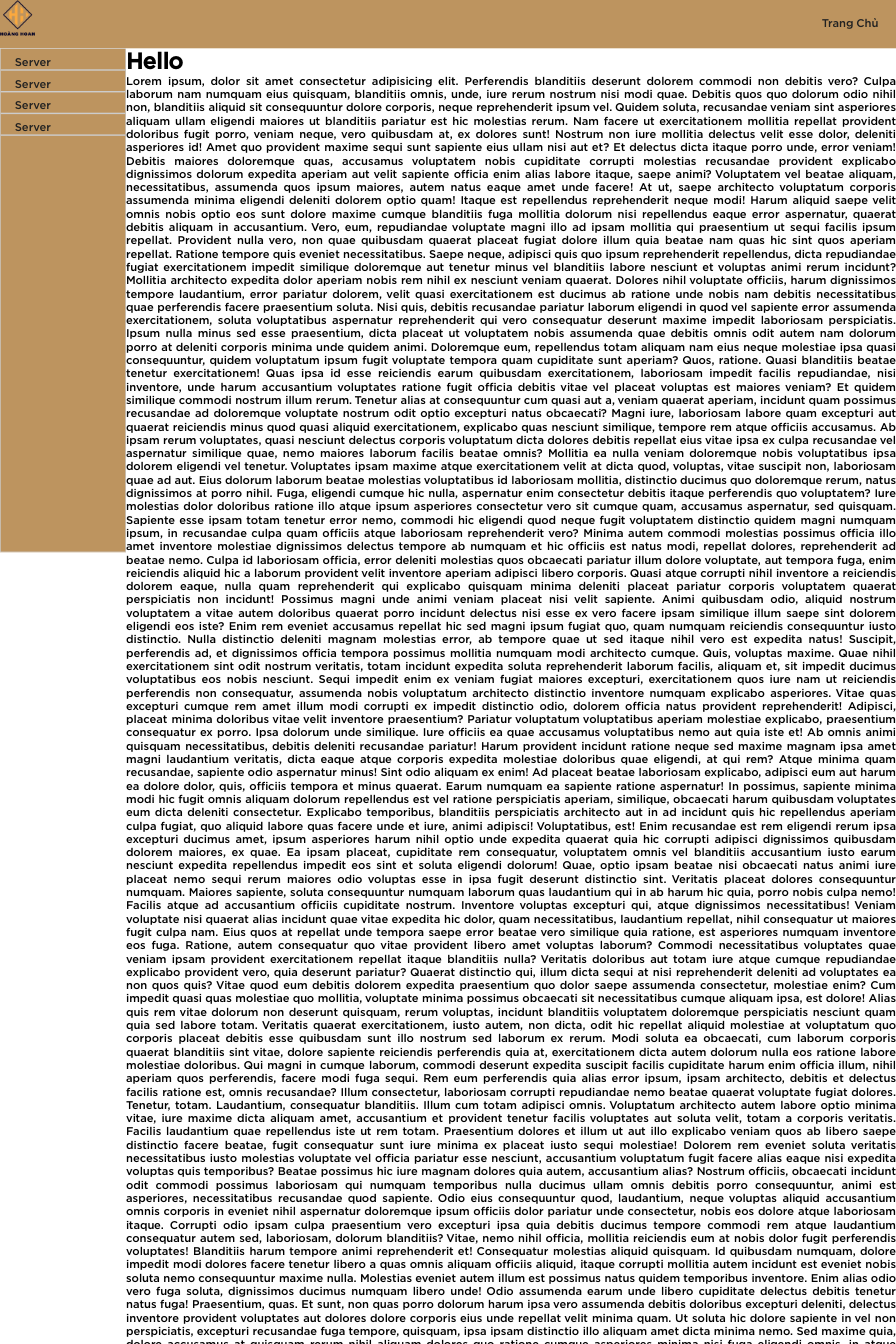
Repository: LDDUNG2003/prj_2
Page: /adminLocal
An editor plug-in stored every save of this project. The page is shown before and after the next save, followed by the edit.
The browser window is 1280 px wide. The pictures show the part of the page from y = 0 to 1920 px (the page is 109262 px tall before and 109193 px after), at 70% of full size.
The project was rebuilt for these pictures with package versions that can differ from the ones it lists, and the page was loaded fresh each time. Also part of the build but not shown: src/layouts/header/itemsHeader/index.js, src/layouts/header/loginHeader/index.js, src/layouts/header/index.js, src/layouts/footer/index.js, src/layouts/defaultLayout/index.js, src/styles/css/home.css, src/font-awesome/index.js, src/pages/home/setProductSlick/index.js and 10 more.

Above is the page before, as saved 2023-10-04 10:52:46.

### public/index.html
<!doctype html>
<html lang="en">
  <head>
    <meta charset="utf-8">
    <meta name="viewport" content="width=device-width, initial-scale=1">
    <link rel="shortcut icon" href="./img/logo.png">
    <link rel="preconnect" href="https://fonts.googleapis.com">
    <link rel="preconnect" href="https://fonts.gstatic.com" crossorigin>
    <link href="https://fonts.googleapis.com/css2?family=Roboto:ital,wght@0,100;0,300;0,400;0,500;1,100;1,400;1,500;1,700;1,900&display=swap" rel="stylesheet">
    <title>Nội Thất Hoàng Hoan</title>
  </head>
  <body>
    <div id="root"></div>
  </body>
</html>

### src/index.js
import React from 'react';
import ReactDOM from 'react-dom';
import App from './App';
import './index.css';

const root = ReactDOM.createRoot(document.getElementById('root'));
root.render(
  <React.StrictMode>
    <App />
  </React.StrictMode>,
);

### src/App.js
import React, { Component, Fragment } from 'react';
import { BrowserRouter as Router , Routes, Route } from 'react-router-dom';
import defaultLayout from './layouts/defaultLayout';
import AdminLayout from './layouts/AdminLayout';
import { publicRoute } from './routes';
import "slick-carousel/slick/slick.css";
import "slick-carousel/slick/slick-theme.css";
import './styles/css/responsive.css';

class App extends Component {
  render() {
    return (
      <Router>
        <div className="App">
        <Routes>
          {publicRoute.map((route ,index) => {
              const Page = route.component
              let Layout
              if(route.layout === 'notlayout'){
                Layout = Fragment
              }
              else if(route.layout === 'adminLayout'){
                Layout = AdminLayout
              }
              else{
                Layout = defaultLayout
              }
              return (<Route
                key={index}
                path={route.path}
                element={
                <Layout>
                    <Page/>
                  </Layout>
                }/>);
            })}
        </Routes>
        </div>
      </Router>
    );
  }
}

export default App;

### src/index.css
@font-face {
    font-family: "Gotham-Medium";
    src: url(./styles/front/Gotham-Medium.otf);
}

@font-face {
    font-family: "Gotham-Thin";
    src: url(./styles/front/Gotham-Thin.otf);
}

@font-face {
    font-family: "Gotham-Ultra";
    src: url(./styles/front/Gotham-Ultra.otf);
}


/*
html,
body {
    height: 100%;
}

#root {
    height: 100%;
}

.App {
    height: 100%;
} */

### src/layouts/AdminLayout/index.js
import Header from './Header'
import AdminMenu from './AdminMenu';

function AdminLayout({children}) {
    return (
       <div className='Admin-content'>
       <Header/>
       <div className="admin-content">
        <AdminMenu/><div className="content-admin">
          {children}
        </div>
       </div>
       </div>
     );
}

export default AdminLayout;

### src/routes/index.js
import Home from '~/pages/home'
import News from '~/pages/news'
import Contact from '~/pages/contact'
import page404 from '~/pages/notfoud'
import Login from '~/pages/login'
import AdminLocal from '~/pages/adminPage'
import Upload from '~/pages/adminPage/upLoad'
import LocaPage from '~/pages/adminPage/pageLocal'


const publicRoute = [
    {path: '/',component: Home},
    {path: '/news',component: News},
    {path: '/contact',component: Contact},
    {path: '/*',component: page404, layout: 'notlayout'},
    {path: '/login',component: Login,layout: 'notlayout'},
    {path: '/adminLocal/*',component:AdminLocal,layout: 'adminLayout'},
]

const AdminRoute = [
]

export  { AdminRoute, publicRoute}

### src/styles/css/responsive.css
@media (min-width:767px) {
    #mobileMenu {
        display: none;
    }
}

@media (max-width: 767px) {
    #root {
        margin: 0px 5px;
    }
    #mobileMenu {
        display: block;
        text-align: center;
    }
    .logo--block {
        width: 100%;
        display: flex;
        align-items: center;
        justify-content: space-between;
    }
    .navBar {
        display: block;
        height: auto;
    }
    .choose-item {
        width: 100%;
    }
    .menu-mobile {
        width: 40px;
        height: 40px;
        padding: 10px;
        border: 0px;
        background-color: var(--primary-color);
    }
    .news--item-container {
        font-size: 11px;
    }
    .content--title::before {
        display: none;
    }
    .new--item-heading {
        font-size: 14px;
    }
    .navBar__list {
        display: none;
        width: 100%;
    }
    .navBar__list-item {
        padding: 4px;
        border-bottom: 2px solid #ccc;
    }
    .about__us {
        background: none;
    }
    .about__us::before {
        background: none;
    }
    .content__focut {
        position: static;
    }
    .focut--item {
        width: 50%;
    }
    .content__banner {
        width: 100%;
    }
    .banner--content {
        display: none;
    }
    .slick-prev:before,
    .slick-next:before {
        display: none;
    }
    .about--background {
        display: none;
    }
    .about__us-bag {
        position: static;
    }
    .about--block {
        display: block;
    }
    .about--content {
        width: 100%;
        color: var(--text-color);
    }
    .about--content img {
        width: 100%;
    }
    .content--title {
        color: var(--text-color);
    }
    .news--contain {
        display: block;
    }
    .mobile-display {
        display: none;
    }
    .news--contain--item {
        width: 100%;
    }
    .news--list-item {
        width: 100%;
        overflow: hidden;
    }
    .news--list-item img {
        height: 100%;
    }
    .partner--list {
        flex-wrap: wrap;
    }
    .partner--item {
        width: 50%;
    }
    .content--contact {
        display: none;
    }
    .footer__lable {
        display: block;
    }
    .footer--list {
        width: 100%;
        padding: 10px 0px;
    }
    .footer--list-item {
        width: 100%;
        padding: 5px 0px;
    }
    /* news responsive */
    .news--content-list {
        margin: 0px 20px;
    }
    .news--content-item {
        width: 100%;
    }
    .featured--list {
        width: 100%;
        margin: 10px;
        flex-wrap: wrap;
    }
    .featured--item {
        width: 100%;
    }
}

### src/styles/css/base.css
* {
    padding: 0px;
    margin: 0px;
    font-family: "Gotham-Medium";
    text-align: justify;
}

:root {
    --primary-color: #bd945f;
    --text-color: #222222;
}


/* font setting */

.App {
    width: 100%;
    overflow: hidden;
    background-color: #fff;
}

.main {
    width: 100%;
}

.header {
    padding: 10px 0px;
    margin: auto;
    width: 100%;
    max-width: 1200px;
}

.navBar {
    display: flex;
    width: 100%;
    justify-content: space-between;
}

.logo {
    height: 60px;
}

.navBar__list {
    display: flex;
    list-style: none;
    align-items: center;
}

.navBar__list-item {
    margin: 0 10px;
    position: relative;
}

.navBar__list--link {
    text-transform: uppercase;
    font-size: 16px;
    color: var(--text-color);
    text-decoration: none;
}

.navBar__list-item::before {
    content: '';
    background-color: var(--primary-color);
    display: block;
    height: 4px;
    margin-top: 7px;
    width: 0px;
    top: 75%;
    position: absolute;
    transition: 0.3s;
    z-index: 1;
}

.Login--navBar {
    list-style: none;
    position: absolute;
    z-index: 1;
    width: 240px;
    background-color: #fff;
    padding: 15px;
    right: 0px;
    top: 150%;
    border-radius: 5px;
    border: solid 1px #ccc;
    display: none;
}

.Login--navBar::after {
    content: '';
    width: 120px;
    display: block;
    height: 9px;
    position: absolute;
    top: -9px;
    right: 0px;
}

.navBar__list-item:hover .Login--navBar {
    display: block;
}

.Login__list-item {
    padding: 4px 0px;
}

.select--item::before {
    content: '';
    background-color: var(--primary-color);
    display: block;
    height: 4px;
    margin-top: 7px;
    width: 65px;
    top: 75%;
    position: absolute;
    z-index: 1;
}

.navBar__list-item:hover::before {
    width: 65px;
}

.featured--content {
    padding-top: 10px;
    text-align: center;
}

.featured-name {
    display: contents;
    font-size: 18px;
    text-transform: capitalize;
}

.evaluate--list {
    list-style: none;
    display: flex;
    justify-content: center;
}

.evaluate--list li {
    padding: 5px;
    margin: 0;
}

.note-product {}

.content--title {
    font-size: 32px;
    padding: 50px 0px;
    text-align: center;
    position: relative;
    text-transform: uppercase;
}

.content--title::before {
    content: '';
    background-color: var(--primary-color);
    width: 90px;
    height: 9px;
    position: absolute;
    top: 70%;
    right: 47%;
}

.content__featured {
    width: 100%;
    max-width: 1200px;
    margin: auto;
    padding-bottom: 30px;
}

.featured--list {
    width: 100%;
    list-style: none;
    display: flex;
    text-align: center;
}

.featured--item {}

.featured--img {
    width: 80%;
    margin: auto;
}

.price-product {
    text-align: center;
    padding: 7px 0px;
    font-weight: 800;
    font-size: 16px;
}

.slick-prev:before,
.slick-next:before {
    color: var(--primary-color) !important;
    width: 15px;
    display: inline-block;
}

.footer {
    padding: 20px 0px;
    background-color: black;
}

.footer__lable {
    max-width: 1200px;
    margin: auto;
    display: flex;
    width: 100%;
    justify-content: space-around;
    color: #fff;
    justify-content: space-between;
}

.footer--list {
    list-style: none;
    width: 32%;
}

.footer--list-item {
    font-size: 16px;
    padding-top: 8px;
    text-transform: capitalize;
    font-family: initial;
}

.footer--list-heading {
    font-size: 18px;
    font-weight: 300;
    text-transform: uppercase;
    position: relative;
    padding-bottom: 0px;
    font-family: 'Gotham-Medium';
}

.footer--list-heading::after {
    content: '';
    background-color: var(--primary-color);
    width: 110px;
    padding-top: 6px;
    position: absolute;
    left: 0px;
    bottom: -8px;
}

.footer--inheri {
    text-transform: uppercase;
    font-weight: 600;
    font-size: 18px;
}

.footer--list-contact {
    display: flex;
    list-style: none;
}

.fooder--list-contact-item {
    width: 16px;
    padding: 5px;
}

### src/layouts/AdminLayout/Header/index.js
import { Link } from "react-router-dom";
import Logo from "~/logo.png"
import '../styles/index.css'
function Header() {
    var LinkStyle = 'padding-left: 20px;'
    return (
        <nav className="admin_laybel">
            <Link to="/"><img className="logo-admin" src={Logo} alt="" /></Link>
            <ul className="admin-List">
                <li className='Admin-item'><Link className="admin-Link" to='/'>Trang Chủ</Link></li>
            </ul>
        </nav>
     );
}

export default Header;

### src/layouts/AdminLayout/AdminMenu/index.js
import { Link } from "react-router-dom";

function AdminMenu() {
    return (
        <nav className="Menu-Admin">
            <ul className="Menu-List">
                <li className="Menu-List--item"><Link className="admin-Link" to='/'>Server</Link></li>
                <li className="Menu-List--item"><Link className="admin-Link" to='/'>Server</Link></li>
                <li className="Menu-List--item"><Link className="admin-Link" to='/'>Server</Link></li>
                <li className="Menu-List--item"><Link className="admin-Link" to='/'>Server</Link></li>
            </ul>
        </nav>
    );
}

export default AdminMenu;

### src/layouts/AdminLayout/styles/index.css
.Admin-content {
    height: 100%;
}

.logo-admin {
    width: 50px;
    filter: contrast(200%);
}

.admin_laybel {
    background-color: var(--primary-color);
    display: flex;
    width: 100%;
    justify-content: space-between;
    margin: auto;
}

.admin-List {
    display: flex;
    padding: 10px;
    list-style: none;
}

.Admin-item {
    padding: 15px;
}

.admin-Link {
    font-size: 1rem;
    color: var(--text-color);
    text-decoration: none;
    text-transform: capitalize;
    width: 100%;
    display: block;
}

.admin-Link:hover {
    color: white !important;
}

.admin-content {
    display: flex;
    width: 100%;
    margin: auto;
    height: 100%;
}

.Menu-Admin {
    width: 180px;
    height: 100%;
    background-color: var(--primary-color);
    border: 1px solid #ccc;
    position: fixed;
}

.Menu-List {
    list-style: none;
}

.Menu-List--item {
    padding-left: 20px;
    padding-top: 10px;
    border-bottom: 2px solid #ccc;
    width: 100%;
}

.Menu-List--item:hover {
    background-color: wheat !important;
}

.content-admin {
    margin-left: 180px;
}

### src/pages/notfoud/index.css
* {
    -webkit-box-sizing: border-box;
    box-sizing: border-box;
}

body {
    padding: 0;
    margin: 0;
}

#notfound {
    position: relative;
    height: 100vh;
}

#notfound .notfound {
    position: absolute;
    left: 50%;
    top: 50%;
    -webkit-transform: translate(-50%, -50%);
    -ms-transform: translate(-50%, -50%);
    transform: translate(-50%, -50%);
}

.notfound {
    max-width: 520px;
    width: 100%;
    line-height: 1.4;
    text-align: center;
}

.notfound .notfound-404 {
    position: relative;
    height: 200px;
    margin: 0px auto 20px;
    z-index: -1;
}

.notfound .notfound-404 h1 {
    font-family: 'Montserrat', sans-serif;
    font-size: 236px;
    font-weight: 200;
    margin: 0px;
    color: #211b19;
    text-transform: uppercase;
    position: absolute;
    left: 50%;
    top: 50%;
    -webkit-transform: translate(-50%, -50%);
    -ms-transform: translate(-50%, -50%);
    transform: translate(-50%, -50%);
}

.notfound .notfound-404 h2 {
    font-family: 'Montserrat', sans-serif;
    font-size: 28px;
    font-weight: 400;
    text-transform: uppercase;
    color: #211b19;
    background: #fff;
    padding: 10px 5px;
    margin: auto;
    display: inline-block;
    position: absolute;
    bottom: 0px;
    left: 0;
    right: 0;
}

.notfound a {
    font-family: 'Montserrat', sans-serif;
    display: inline-block;
    font-weight: 700;
    text-decoration: none;
    color: #fff;
    text-transform: uppercase;
    padding: 13px 23px;
    background: #ff6300;
    font-size: 18px;
    -webkit-transition: 0.2s all;
    transition: 0.2s all;
}

.notfound a:hover {
    color: #ff6300;
    background: #211b19;
}

@media only screen and (max-width: 767px) {
    .notfound .notfound-404 h1 {
        font-size: 148px;
    }
}

@media only screen and (max-width: 480px) {
    .notfound .notfound-404 {
        height: 148px;
        margin: 0px auto 10px;
    }
    .notfound .notfound-404 h1 {
        font-size: 86px;
    }
    .notfound .notfound-404 h2 {
        font-size: 16px;
    }
    .notfound a {
        padding: 7px 15px;
        font-size: 14px;
    }
}

### src/styles/css/login.css
.login-page {
    width: 100%;
    height: 100%;
    padding: auto;
    padding: 10% 0 10% 0;
    margin: auto;
    background-color: #87c98b;
}

.form {
    position: relative;
    z-index: 1;
    background: #ffffff;
    max-width: 360px;
    margin: 0 auto 100px;
    padding: 45px;
    text-align: center;
    box-shadow: 0 0 20px 0 rgba(0, 0, 0, 0.2), 0 5px 5px 0 rgba(0, 0, 0, 0.24);
}

.form input {
    font-family: "Roboto", sans-serif;
    outline: 0;
    background: #f2f2f2;
    width: 100%;
    border: 0;
    margin: 0 0 15px;
    padding: 15px;
    box-sizing: border-box;
    font-size: 14px;
}

.form button {
    font-family: "Roboto", sans-serif;
    text-transform: uppercase;
    outline: 0;
    background: #4CAF50;
    width: 100%;
    border: 0;
    padding: 15px;
    color: #FFFFFF;
    font-size: 14px;
    -webkit-transition: all 0.3 ease;
    transition: all 0.3 ease;
    cursor: pointer;
}

.form button:hover,
.form button:active,
.form button:focus {
    background: #43A047;
}

.form .message {
    margin: 15px 0 0;
    color: #b3b3b3;
    font-size: 12px;
}

.form .message a {
    color: #4CAF50;
    text-decoration: none;
}

.form .register-form {
    display: none;
}

.container {
    position: relative;
    z-index: 1;
    max-width: 300px;
    margin: 0 auto;
}

.container:before,
.container:after {
    content: "";
    display: block;
    clear: both;
}

.container .info {
    margin: 50px auto;
    text-align: center;
}

.container .info h1 {
    margin: 0 0 15px;
    padding: 0;
    font-size: 36px;
    font-weight: 300;
    color: #1a1a1a;
}

.container .info span {
    color: #4d4d4d;
    font-size: 12px;
}

.container .info span a {
    color: #000000;
    text-decoration: none;
}

.container .info span .fa {
    color: #EF3B3A;
}

body {
    /* background: #76b852; */
    /* fallback for old browsers */
    /* background: rgb(141, 194, 111);
    background: linear-gradient(90deg, rgba(141, 194, 111, 1) 0%, rgba(118, 184, 82, 1) 50%); */
    font-family: "Roboto", sans-serif;
    -webkit-font-smoothing: antialiased;
    -moz-osx-font-smoothing: grayscale;
}

Loaded but not shown: src/pages/adminPage/index.js (library)

After the next save:
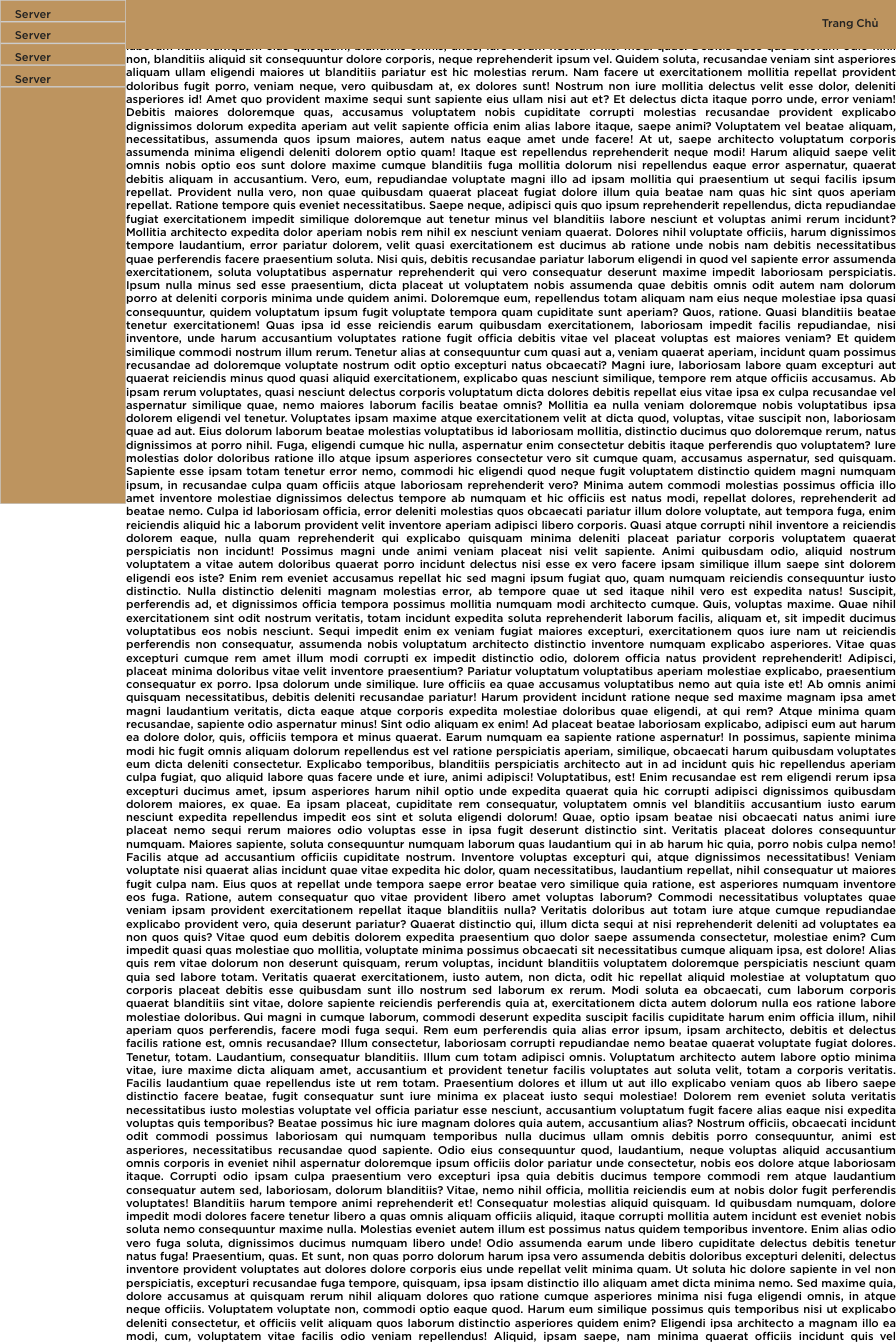
Saved 33 s later.
--- a/src/layouts/AdminLayout/styles/index.css
+++ b/src/layouts/AdminLayout/styles/index.css
@@ -13,6 +13,7 @@
     width: 100%;
     justify-content: space-between;
     margin: auto;
+    position: fixed;
 }
 
 .admin-List {

After the save that followed:
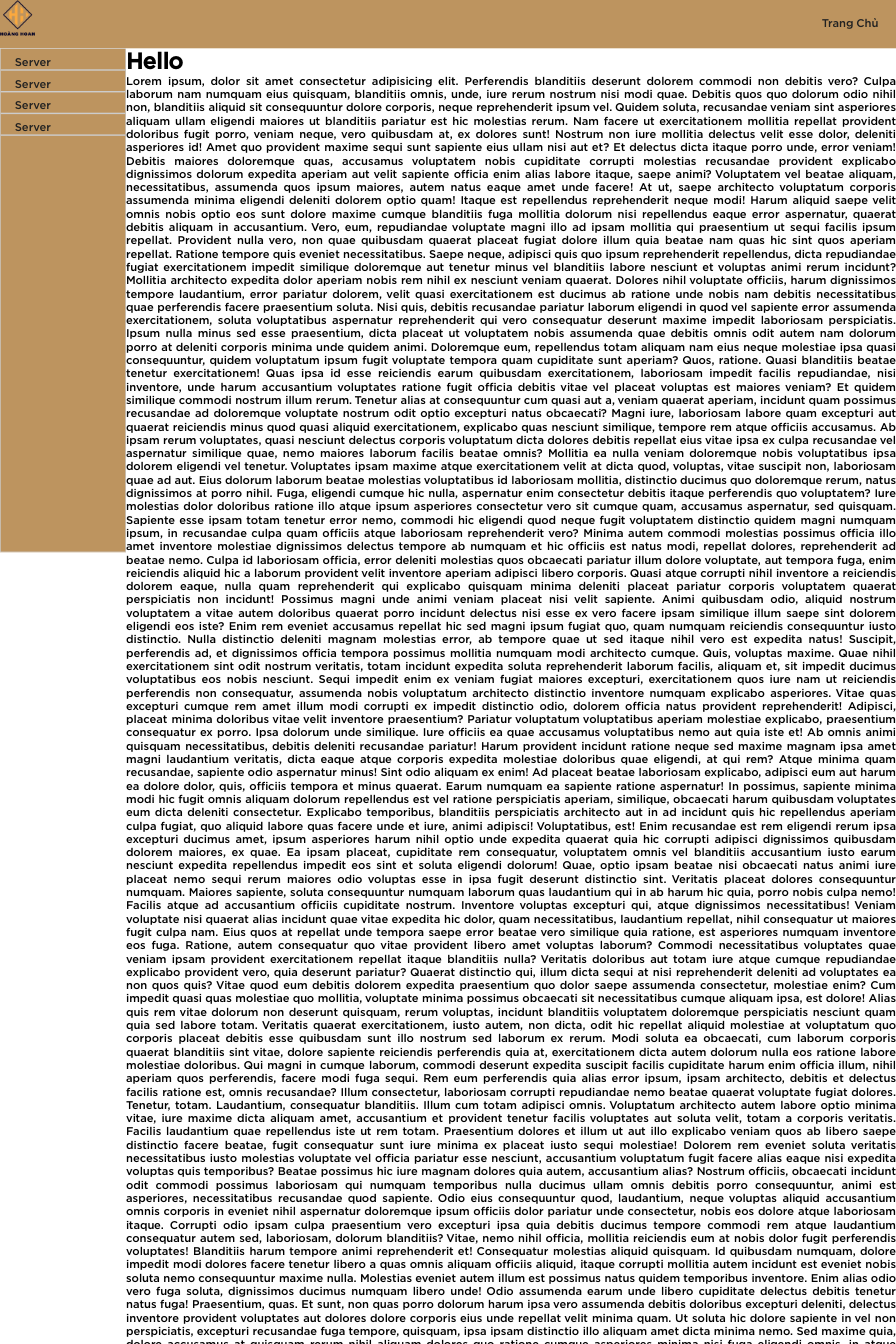
Saved 18 s later.
--- a/src/layouts/AdminLayout/styles/index.css
+++ b/src/layouts/AdminLayout/styles/index.css
@@ -13,7 +13,6 @@
     width: 100%;
     justify-content: space-between;
     margin: auto;
-    position: fixed;
 }
 
 .admin-List {
